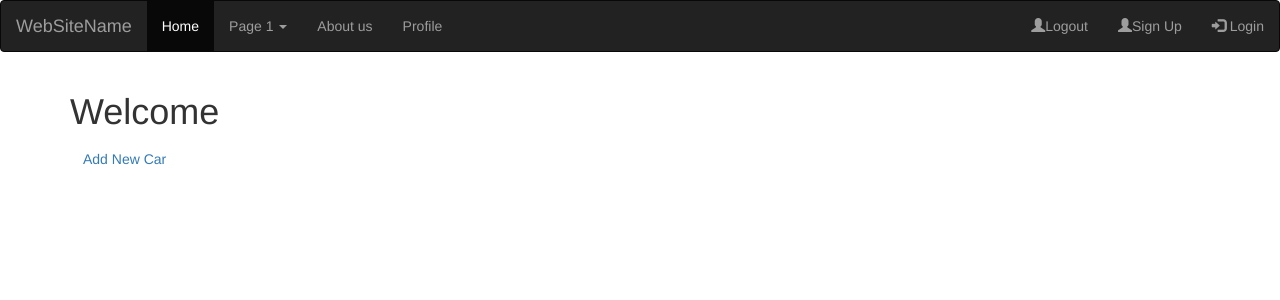
Repository: Ahmad-hamdan98/Java_Project
Page: http://localhost/javaproject/WIB-INF/ShowAll.jsp
These files come from the project's save history. The page is drawn as it stood at one moment and after the next save; the edit follows.
The browser window is 1280 px wide. The pictures show the whole page.
The page is served by Tomcat 9. Other server files are loaded and not shown.

Above is the page before, as saved 2022-11-19 15:47:17.

### atfirst/javaproject/src/main/webapp/WIB-INF/ShowAll.jsp


 <%@ page language="java" contentType="text/html; charset=UTF-8" pageEncoding="UTF-8"%>
<!-- c:out ; c:forEach etc. -->
<%@taglib uri="http://java.sun.com/jsp/jstl/core" prefix="c"%>
<!-- Formatting (dates) -->
<%@taglib uri="http://java.sun.com/jsp/jstl/fmt" prefix="fmt"%>
<!-- form:form -->
<%@ taglib prefix="form" uri="http://www.springframework.org/tags/form"%>
<!-- for rendering errors on PUT routes -->
<%@ page isErrorPage="true" %>

   <!DOCTYPE html>
<html lang="en">
<head>
  <title>Bootstrap Case</title>
  <meta charset="utf-8">
  <meta name="viewport" content="width=device-width, initial-scale=1">
  <link rel="stylesheet" href="https://maxcdn.bootstrapcdn.com/bootstrap/3.3.6/css/bootstrap.min.css">

</head>
<body>

<nav class="navbar navbar-inverse">
  <div class="container-fluid">
    <div class="navbar-header">
      <a class="navbar-brand" href="#">WebSiteName</a>
    </div>
    <ul class="nav navbar-nav">
      <li class="active"><a href="#">Home</a></li>
      <li class="dropdown"><a class="dropdown-toggle" data-toggle="dropdown" href="#">Page 1 <span class="caret"></span></a>
        <ul class="dropdown-menu">
          <li><a href="#">Page 1-1</a></li>
          <li><a href="#">Page 1-2</a></li>
          <li><a href="#">Page 1-3</a></li>
        </ul>
      </li>

      <li><a href="#">About us</a></li>
      <li><a href="#">Profile</a></li>
    </ul>
    <ul class="nav navbar-nav navbar-right">
   <%--  <c:choose> --%>
    <%-- 	<c:when test="${user.id}"> --%>
    	<li><a href="/logout"><span class="glyphicon glyphicon-user"></span>Logout</a></li>
    	<%-- </c:when> --%>
    	<%--  <c:otherwise> --%>
      <li><a href="/login"><span class="glyphicon glyphicon-user"></span>Sign Up</a></li>
      <li><a href="/login"><span class="glyphicon glyphicon-log-in"></span> Login</a></li>
     <%--  </c:otherwise>
    	</c:choose> --%>
    </ul>
  </div>
</nav>

<div class="container">
  <h1>Welcome ${user.userName}</h1>

  <a href="/addcar" class="btn btn-secondary">Add New Car</a>




</div>
<script src="https://ajax.googleapis.com/ajax/libs/jquery/1.12.0/jquery.min.js"></script>
<script src="https://maxcdn.bootstrapcdn.com/bootstrap/3.3.6/js/bootstrap.min.js"></script>



</body>
</html>

After the next save:
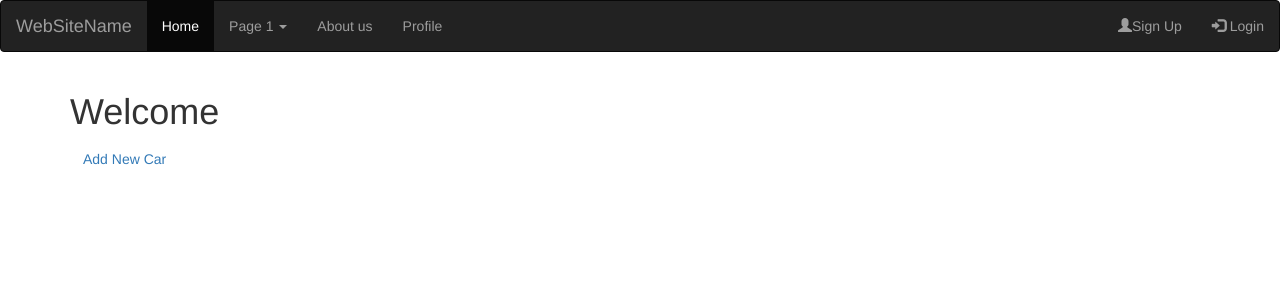
Saved 4 min 55 s later.
--- a/atfirst/javaproject/src/main/webapp/WIB-INF/ShowAll.jsp
+++ b/atfirst/javaproject/src/main/webapp/WIB-INF/ShowAll.jsp
@@ -40,15 +40,15 @@
       <li><a href="#">Profile</a></li>
     </ul>
     <ul class="nav navbar-nav navbar-right">
-   <%--  <c:choose> --%>
-    <%-- 	<c:when test="${user.id}"> --%>
+    <c:choose>
+    	<c:when test="${user.id}">
     	<li><a href="/logout"><span class="glyphicon glyphicon-user"></span>Logout</a></li>
-    	<%-- </c:when> --%>
-    	<%--  <c:otherwise> --%>
+    	</c:when>
+    	 <c:otherwise>
       <li><a href="/login"><span class="glyphicon glyphicon-user"></span>Sign Up</a></li>
       <li><a href="/login"><span class="glyphicon glyphicon-log-in"></span> Login</a></li>
-     <%--  </c:otherwise>
-    	</c:choose> --%>
+      </c:otherwise>
+    	</c:choose>
     </ul>
   </div>
 </nav>
